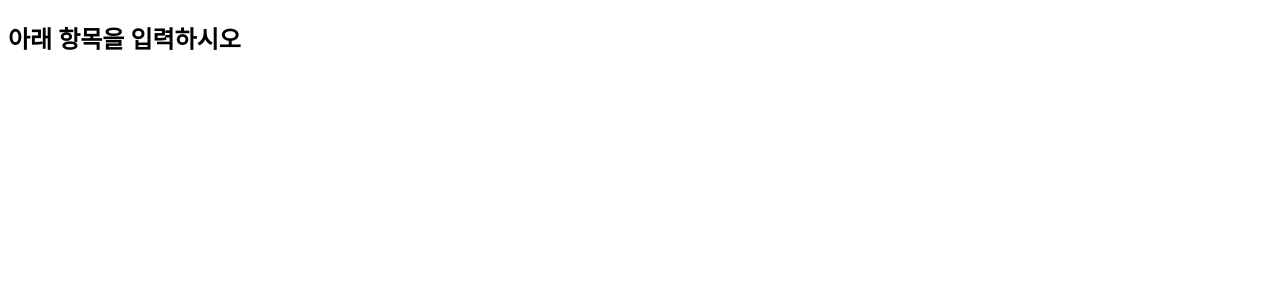
Repository: Hyuk-II/2-2
Page: 웹 프로그래밍/기말고사/src/main/webapp/grade.html
These files come from the project's save history. The page is drawn as it stood at one moment and after the next save; the edit follows.
The browser window is 1280 px wide. The pictures show the whole page.

Above is the page before, as saved 2024-12-09 01:34:42.

After the next save:
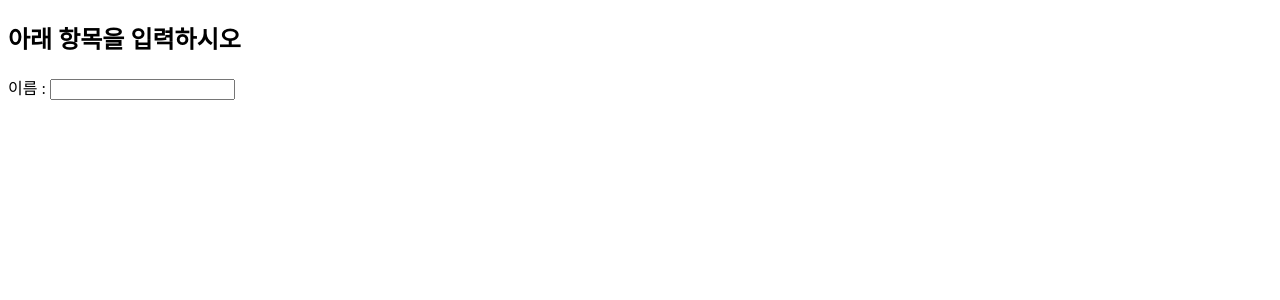
Saved 22 s later.
--- a/웹 프로그래밍/기말고사/src/main/webapp/grade.html
+++ b/웹 프로그래밍/기말고사/src/main/webapp/grade.html
@@ -7,7 +7,7 @@
 <body>
 	<h2>아래 항목을 입력하시오</h2>
 	<form method = "post" action = "grade.jsp">
-
+	이름 : <input type="text" name="nane">
 	</form>
 </body>
 </html>
